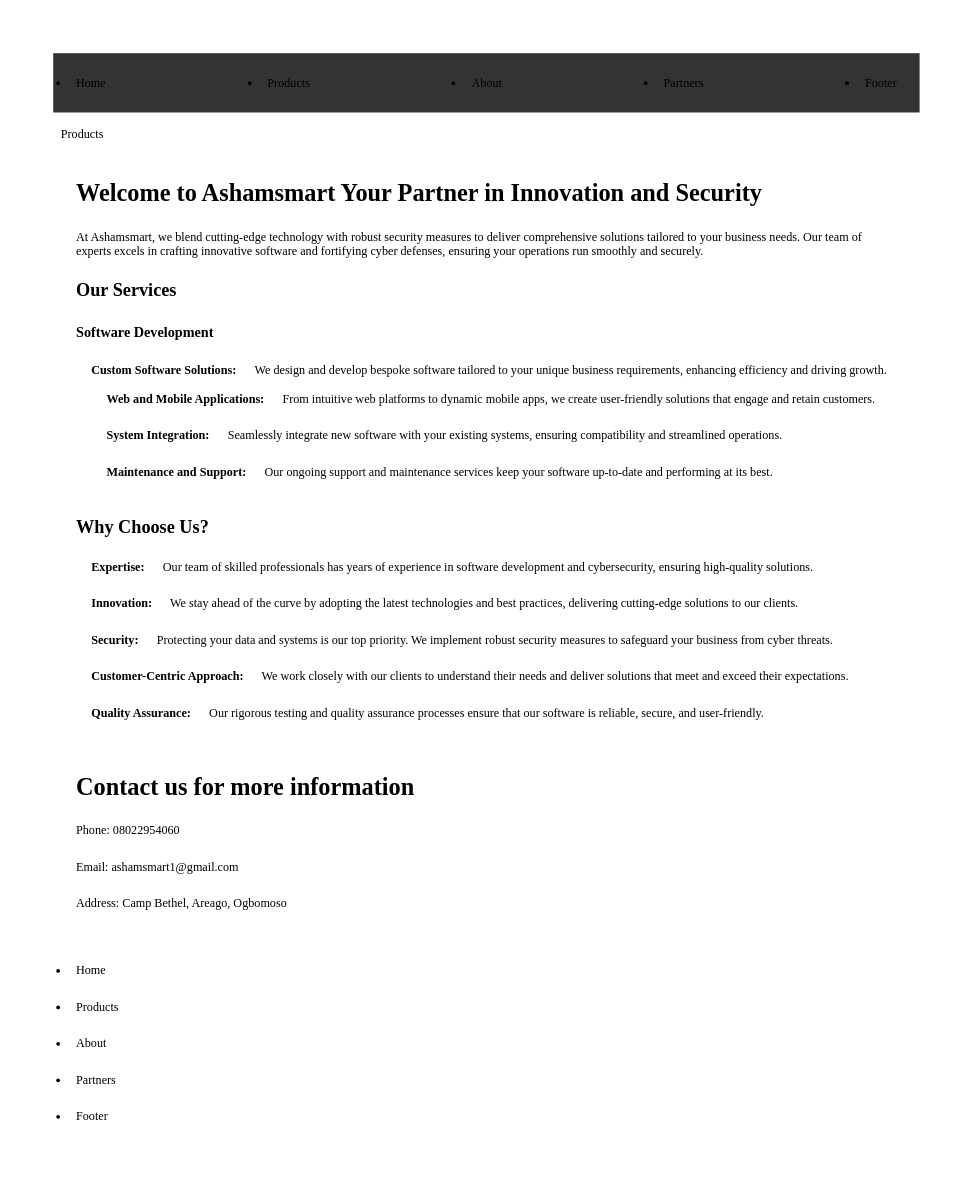
Repository: Alphosmart/firstassignment
Page: /
These files come from the project's save history. The page is drawn as it stood at one moment and after the next save; the edit follows.
The browser window is 1280 px wide. The pictures show the whole page, at 76% of full size.
The project was rebuilt for these pictures with package versions that can differ from the ones it lists, and the page was loaded fresh each time. Also part of the build but not shown: vite.config.js.

Above is the page before, as saved 2024-08-12 18:48:46.

After the next save:
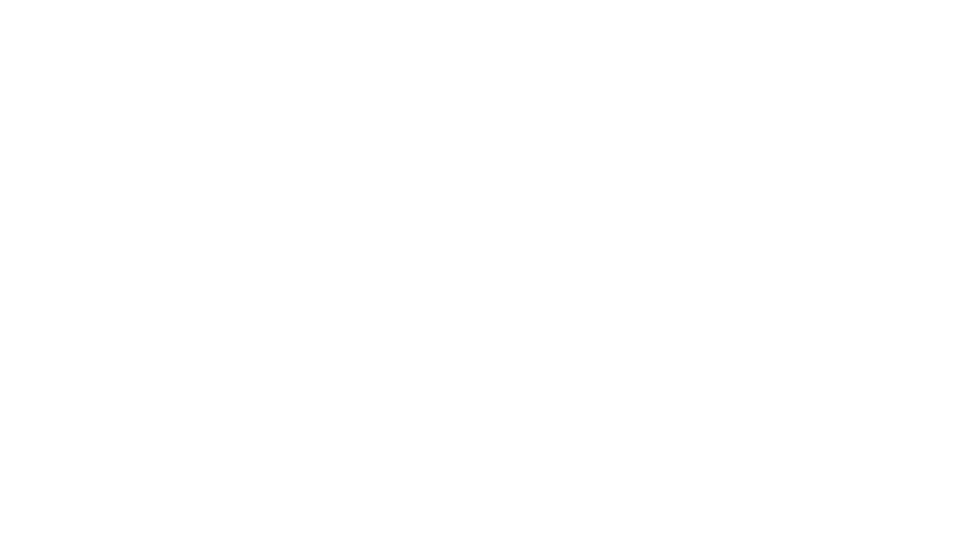
Console error: ReferenceError: Whatwedo is not defined
Saved 5 min 10 s later.
--- a/src/components/Navigation/About/About.jsx
+++ b/src/components/Navigation/About/About.jsx
@@ -1,6 +1,6 @@
 // import React from 'react';
 
-const Whatwedo = () => {
+const About = () => {
   return (
     <>
       <div>

After the save that followed:
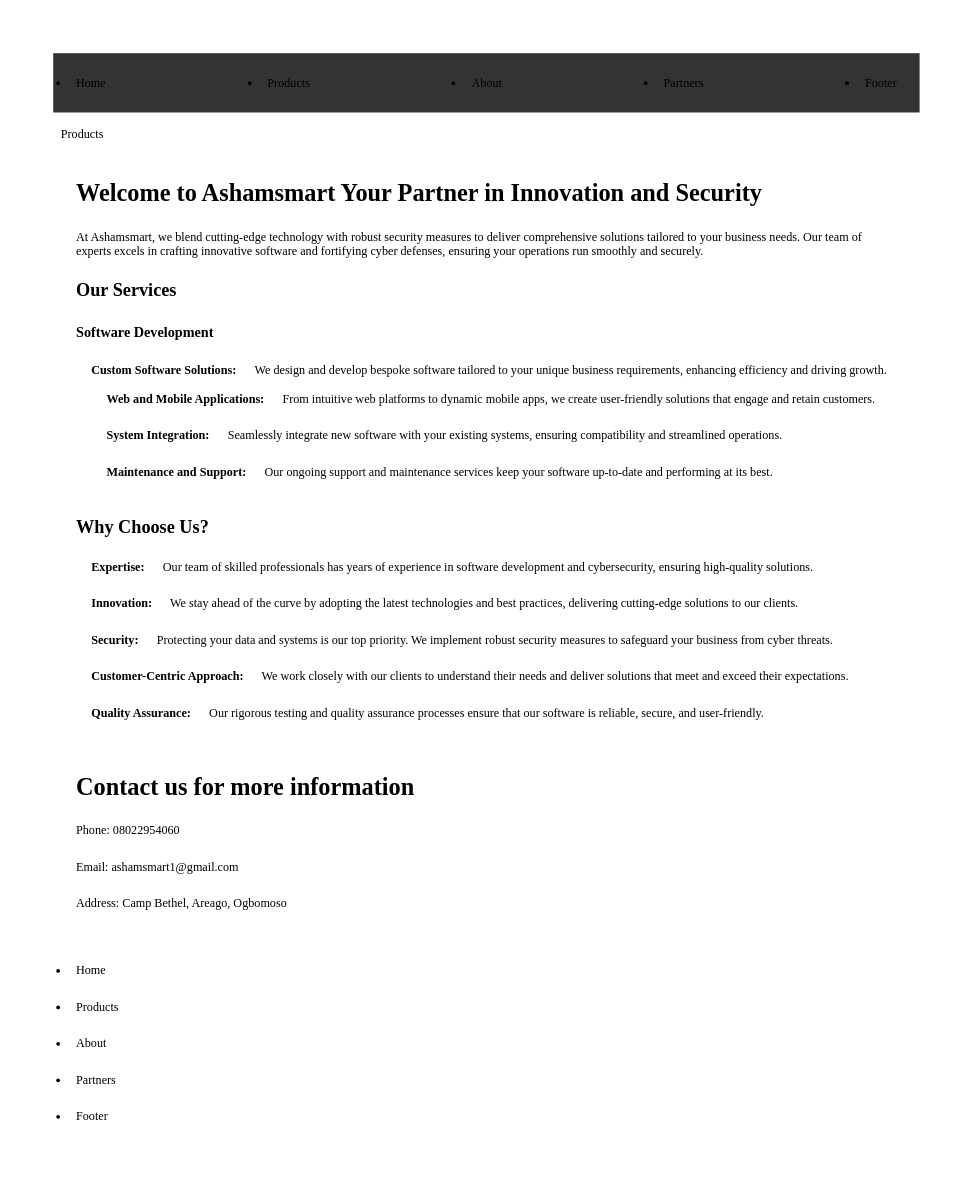
The error is gone.
Saved 2 min 19 s later.
--- a/src/components/Navigation/About/About.jsx
+++ b/src/components/Navigation/About/About.jsx
@@ -66,4 +66,4 @@
   );
 };
 
-export default Whatwedo;
+export default About;
